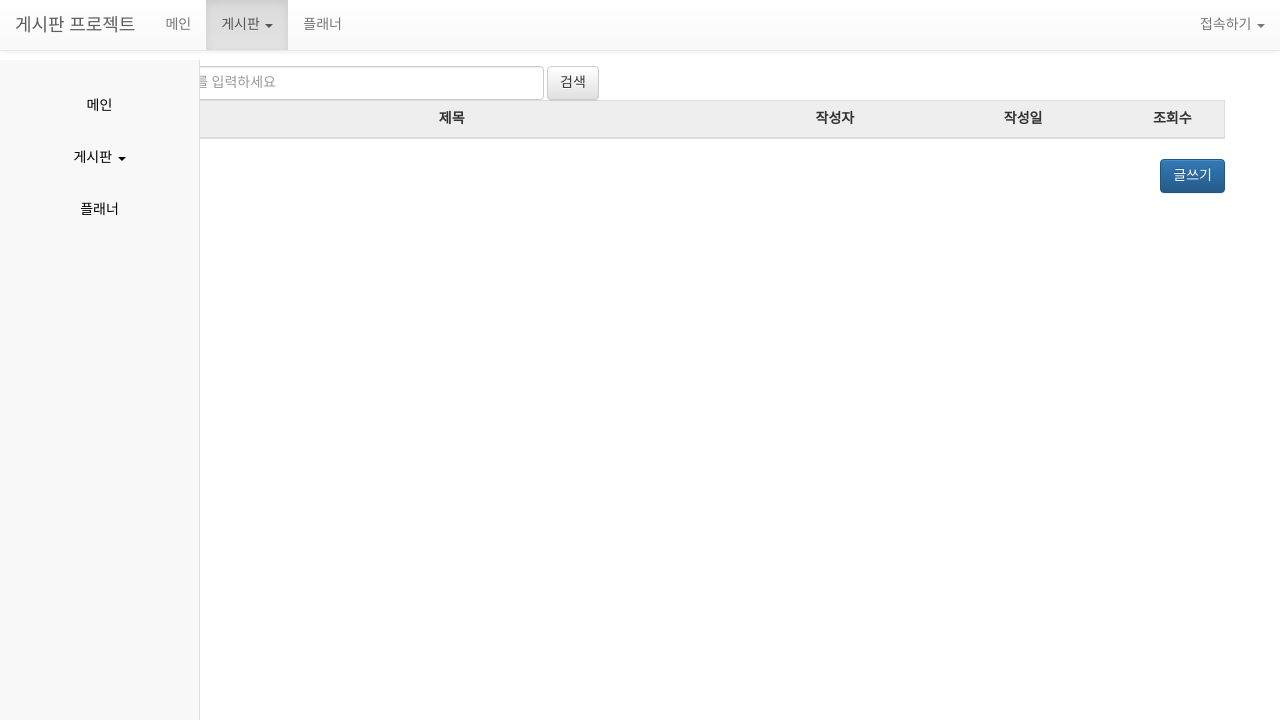
Repository: Seok7975/Project_PlannerSharingBoard
Page: http://localhost/ToDoList공유_게시판_ver3/bbs.jsp?bbsCategory=all
The author's editor kept a copy of each file at every save. The page is drawn from the files as they stood at one save, then again after the next save.
The browser window is 1280 px wide. The pictures show the whole page.
Some web fonts or font styles are not loaded; a fallback is used. Some web libraries are served in a nearby version. The page is served by Tomcat 9. Other server files are loaded and not shown. Queries for data that is not in the repository find no rows.

Above is the page before, as saved 2024-07-04 12:38:10.

### List_Projects_ver3/ToDoList공유 게시판_ver3/src/main/webapp/bbs.jsp
<!--  게시판 -->

<%-- <%@ page language="java" contentType="text/html; charset=UTF-8"
    pageEncoding="UTF-8"%>
<%@ page import="java.io.PrintWriter" %>
<%@ page import="bbs.BbsDAO" %>
<%@ page import="bbs.Bbs" %>
<%@ page import="java.util.ArrayList" %>
<!DOCTYPE html>
<html>
<head>
<meta http-equiv="Content-Type" content="text/html; charset=UTF-8">
<meta name="viewport" content="width=device-width, initial-scale=1">
<!-- Latest compiled and minified CSS -->
<link rel="stylesheet" href="https://cdn.jsdelivr.net/npm/bootstrap@3.3.7/dist/css/bootstrap.min.css" integrity="sha384-BVYiiSIFeK1dGmJRAkycuHAHRg32OmUcww7on3RYdg4Va+PmSTsz/K68vbdEjh4u" crossorigin="anonymous">
<!-- Optional theme -->
<link rel="stylesheet" href="https://cdn.jsdelivr.net/npm/bootstrap@3.3.7/dist/css/bootstrap-theme.min.css" integrity="sha384-rHyoN1iRsVXV4nD0JutlnGaslCJuC7uwjduW9SVrLvRYooPp2bWYgmgJQIXwl/Sp" crossorigin="anonymous">
<!-- jQuery (necessary for Bootstrap's JavaScript plugins) -->
<script src="https://code.jquery.com/jquery-3.1.1.min.js"></script>
<!-- Latest compiled and minified JavaScript -->
<script src="https://cdn.jsdelivr.net/npm/bootstrap@3.3.7/dist/js/bootstrap.min.js" integrity="sha384-Tc5IQib027qvyjSMfHjOMaLkfuWVxZxUPnCJA7l2mCWNIpG9mGCD8wGNIcPD7Txa" crossorigin="anonymous"></script>
<link rel="stylesheet" href="css/jumbotronCustom.css">
<title>JSP 게시판 웹 사이트</title>
<style type="text/css">
	a, a:hover {
		color : #000000;
		text-decoration: none;
	}
</style>
</head>
<body>
<%
	String userID = null;
	if (session.getAttribute("userID") != null) {
		userID = (String) session.getAttribute("userID");
	}
	int pageNumber = 1;
	if (request.getParameter("pageNumber") != null) {
		pageNumber = Integer.parseInt(request.getParameter("pageNumber"));
	}
%>
	<nav class="navbar navbar-default">
		<div class="container-fluid">
			<div class="navbar-header">
				<button type="button" class="navbar-toggle collapsed" data-toggle="collapse" data-target="#bs-example-navbar-collapse-1" aria-expanded="false">
					<span class="sr-only">Toggle navigation</span>
					<span class="icon-bar"></span>
					<span class="icon-bar"></span>
					<span class="icon-bar"></span>
				</button>
				<a class="navbar-brand" href="main.jsp">게시판 프로젝트</a>
			</div>
			<div class="collapse navbar-collapse" id="bs-example-navbar-collapse-1">
				<ul class="nav navbar-nav">
					<li><a href="main.jsp">메인</a></li>
					<li class="active"><a href="bbs.jsp">게시판</a></li>
					<li><a href="planner/planner.jsp">플래너</a></li>
				</ul>
				<%
					if(userID == null) {
				%>
					<ul class="nav navbar-nav navbar-right">
						<li class="dropdown">
							<a href="#" class="dropdown-toggle" data-toggle="dropdown" role="button" aria-haspopup="true" aria-expanded="false">접속하기 <span class="caret"></span></a>
							<ul class="dropdown-menu">
								<li><a href="joinAndLogin/login.jsp">로그인</a></li>
								<li><a href="joinAndLogin/join.jsp">회원가입</a></li>
							</ul>
						</li>
					</ul>
				<%
					} else {
				%>
						<ul class="nav navbar-nav navbar-right">
						<li class="dropdown">
							<a href="#" class="dropdown-toggle" data-toggle="dropdown" role="button" aria-haspopup="true" aria-expanded="false">회원관리<span class="caret"></span></a>
							<ul class="dropdown-menu">
								<li><a href="logoutAction.jsp">로그아웃</a></li>
							</ul>
						</li>
					</ul>
				<%
					}
				%>
			</div>
		</div>
	</nav>

	<div class="container">
		<div class="row">
			<table class="table table-striped" style="text-align: center; border: 1px solid #dddddd">
				<thead>
					<tr>
						<th style="background-color: #eeeeee; text-align: center;">번호</th>
						<th style="background-color: #eeeeee; text-align: center;">제목</th>
						<th style="background-color: #eeeeee; text-align: center;">작성자</th>
						<th style="background-color: #eeeeee; text-align: center;">작성일</th>
						<th style="background-color: #eeeeee; text-align: center;">조회수</th>
					</tr>
				</thead>
				<tbody> <!-- 예시 -->
					<tr>
					<%
						BbsDAO bbsDAO = new BbsDAO();
						ArrayList<Bbs> list = bbsDAO.getList(pageNumber);
						for(int i = 0; i < list.size(); i++) {
					%>
						<td><%= list.get(i).getBbsID() %></td>
						<td><a href="view.jsp?bbsID=<%= list.get(i).getBbsID() %>"><%= list.get(i).getBbsTitle() %></a></td>
						<td><%= list.get(i).getUserID() %></td>
						<td><%= list.get(i).getBbsDate().substring(0, 11) + list.get(i).getBbsDate().substring(11,13) + "시" + list.get(i).getBbsDate().substring(14, 16) + "분" %></td>
						<td><%= list.get(i).getViewCount() %></td>
					<tr>
					<%
						}
					%>
				</tbody>
			</table>
			<%
				if(pageNumber != 1) {
			%>
				<a href="bbs.jsp?pageNumber=<%=pageNumber - 1%>" class="btn btn-success btn-arraw-left">이전</a>
			<%
				}
				if(bbsDAO.nextPage(pageNumber + 1)) {
			%>
					<a href="bbs.jsp?pageNumber=<%=pageNumber + 1%>" class="btn btn-success btn-arraw-right">다음</a>
			<%
				}
			%>
			<a href="write.jsp" class="btn btn-primary pull-right">글쓰기</a>
		</div>
	</div>
</body>
</html> --%>



<!--  게시판 -->

<!--  게시판 -->

<%@ page language="java" contentType="text/html; charset=UTF-8"
    pageEncoding="UTF-8"%>
<%@ page import="java.io.PrintWriter" %>
<%@ page import="bbs.BbsDAO" %>
<%@ page import="bbs.Bbs" %>
<%@ page import="java.util.ArrayList" %>
<!DOCTYPE html>
<html>
<head>
<meta http-equiv="Content-Type" content="text/html; charset=UTF-8">
<meta name="viewport" content="width=device-width, initial-scale=1">
<!-- Latest compiled and minified CSS -->
<link rel="stylesheet" href="https://cdn.jsdelivr.net/npm/bootstrap@3.3.7/dist/css/bootstrap.min.css" integrity="sha384-BVYiiSIFeK1dGmJRAkycuHAHRg32OmUcww7on3RYdg4Va+PmSTsz/K68vbdEjh4u" crossorigin="anonymous">
<!-- Optional theme -->
<link rel="stylesheet" href="https://cdn.jsdelivr.net/npm/bootstrap@3.3.7/dist/css/bootstrap-theme.min.css" integrity="sha384-rHyoN1iRsVXV4nD0JutlnGaslCJuC7uwjduW9SVrLvRYooPp2bWYgmgJQIXwl/Sp" crossorigin="anonymous">
<link rel="stylesheet" href="css/bbsStyle.css"> <!-- 외부 CSS 파일 참조 -->
<!-- jQuery (necessary for Bootstrap's JavaScript plugins) -->
<script src="https://code.jquery.com/jquery-3.1.1.min.js"></script>
<!-- Latest compiled and minified JavaScript -->
<script src="https://cdn.jsdelivr.net/npm/bootstrap@3.3.7/dist/js/bootstrap.min.js" integrity="sha384-Tc5IQib027qvyjSMfHjOMaLkfuWVxZxUPnCJA7l2mCWNIpG9mGCD8wGNIcPD7Txa" crossorigin="anonymous"></script>
<link rel="stylesheet" href="css/jumbotronCustom.css">
<title>JSP 게시판 웹 사이트</title>
</head>
<body>
<%
    String userID = null;
    if (session.getAttribute("userID") != null) {
        userID = (String) session.getAttribute("userID");
    }
    int pageNumber = 1;
    if (request.getParameter("pageNumber") != null) {
        pageNumber = Integer.parseInt(request.getParameter("pageNumber"));
    }
    String searchType = request.getParameter("searchType");
    String searchKeyword = request.getParameter("searchKeyword");
    String bbsCategory = request.getParameter("bbsCategory");

    // bbsCategory가 없으면 all로 설정
    if (bbsCategory == null || bbsCategory.equals("")) {
        bbsCategory = "all";
    }

    String categoryDisplayName = "";
    switch(bbsCategory) {
        case "all":
            categoryDisplayName = "전체글보기";
            break;
        case "free":
            categoryDisplayName = "자유게시판";
            break;
        case "study":
            categoryDisplayName = "공부게시판";
            break;
        case "exercise":
            categoryDisplayName = "운동게시판";
            break;
        default:
            categoryDisplayName = "기타";
            break;
    }
%>
    <div class="sidebar">
        <a href="main.jsp" style="text-align: center;" >메인</a>
        <div class="dropdown">
            <a href="bbs.jsp?bbsCategory=all" style="text-align: center;" >게시판 <span class="caret"></span></a>
            <ul class="dropdown-menu">
                <li><a href="bbs.jsp?bbsCategory=all" style="text-align: center;">전체글보기</a></li>
                <li><a href="bbs.jsp?bbsCategory=free" style="text-align: center;">자유게시판</a></li>
                <li><a href="bbs.jsp?bbsCategory=study" style="text-align: center;">공부게시판</a></li>
                <li><a href="bbs.jsp?bbsCategory=exercise" style="text-align: center;">운동게시판</a></li>
            </ul>
        </div>
        <a href="planner/planner.jsp" style="text-align: center;">플래너</a>
    </div>
    <div class="main-content">
        <nav class="navbar navbar-default navbar-fixed-top">
            <div class="container-fluid">
                <div class="navbar-header">
                    <button type="button" class="navbar-toggle collapsed" data-toggle="collapse" data-target="#bs-example-navbar-collapse-1" aria-expanded="false">
                        <span class="sr-only">Toggle navigation</span>
                        <span class="icon-bar"></span>
                        <span class="icon-bar"></span>
                        <span class="icon-bar"></span>
                    </button>
                    <a class="navbar-brand" href="main.jsp">게시판 프로젝트</a>
                </div>
                <div class="collapse navbar-collapse" id="bs-example-navbar-collapse-1">
                    <ul class="nav navbar-nav">
                        <li><a href="main.jsp">메인</a></li>
                        <li class="dropdown active">
                            <a href="bbs.jsp?bbsCategory=all" role="button" aria-haspopup="true" aria-expanded="false">게시판 <span class="caret"></span></a>
                            <ul class="dropdown-menu">
                                <li><a href="bbs.jsp?bbsCategory=all">전체글보기</a></li>
                                <li><a href="bbs.jsp?bbsCategory=free">자유게시판</a></li>
                                <li><a href="bbs.jsp?bbsCategory=study">공부게시판</a></li>
                                <li><a href="bbs.jsp?bbsCategory=exercise">운동게시판</a></li>
                            </ul>
                        </li>
                        <li><a href="planner/planner.jsp">플래너</a></li>
                    </ul>
                    <% if(userID == null) { %>
                        <ul class="nav navbar-nav navbar-right">
                            <li class="dropdown">
                                <a href="#" class="dropdown-toggle" data-toggle="dropdown" role="button" aria-haspopup="true" aria-expanded="false">접속하기 <span class="caret"></span></a>
                                <ul class="dropdown-menu">
                                    <li><a href="id/login.jsp">로그인</a></li>
                                    <li><a href="id/join.jsp">회원가입</a></li>
                                </ul>
                            </li>
                        </ul>
                    <% } else { %>
                        <ul class="nav navbar-nav navbar-right">
                            <li class="dropdown">
                                <a href="#" class="dropdown-toggle" data-toggle="dropdown" role="button" aria-haspopup="true" aria-expanded="false">회원관리 <span class="caret"></span></a>
                                <ul class="dropdown-menu">
                                    <li><a href="id/profile.jsp">My Profile</a></li>
                                    <li><a href="id/logoutAction.jsp">로그아웃</a></li>
                                </ul>
                            </li>
                        </ul>
                    <% } %>
                </div>
            </div>
        </nav>

        <div class="container">
            <div class="row">
                <!-- 카테고리 제목을 표시하는 영역 -->
                <div class="col-md-12 text-center">
                    <h2 class="category-title"><%= categoryDisplayName %></h2>
                </div>
                <form class="form-inline" method="get" action="bbs.jsp">
                    <div class="form-group">
                        <select class="form-control" name="searchType">
                            <option value="title" <%= "title".equals(searchType) ? "selected" : "" %>>제목</option>
                            <option value="content" <%= "content".equals(searchType) ? "selected" : "" %>>내용</option>
                            <option value="writer" <%= "writer".equals(searchType) ? "selected" : "" %>>작성자</option>
                        </select>
                    </div>
                    <div class="form-group">
                        <input type="text" class="form-control" name="searchKeyword" placeholder="검색어를 입력하세요" value="<%= (searchKeyword != null && !searchKeyword.equals("")) ? searchKeyword : "" %>" style="width: 400px;">
                    </div>
                    <input type="hidden" name="bbsCategory" value="<%= bbsCategory %>">
                    <button type="submit" class="btn btn-default">검색</button>
                </form>
                <table class="table table-striped" style="text-align: center; border: 1px solid #dddddd">
                    <thead>
                        <tr>
                            <th class="number-col" style="background-color: #eeeeee; text-align: center;">번호</th>
                            <th class="title-col" style="background-color: #eeeeee; text-align: center;">제목</th>
                            <th class="writer-col" style="background-color: #eeeeee; text-align: center;">작성자</th>
                            <th class="date-col"style="background-color: #eeeeee; text-align: center;">작성일</th>
                            <th class="viewCount-col"style="background-color: #eeeeee; text-align: center;">조회수</th>
                        </tr>
                    </thead>
                    <tbody>
                        <% BbsDAO bbsDAO = new BbsDAO();
                           ArrayList<Bbs> list;
                           int totalPage;
                           if (searchKeyword != null && !searchKeyword.equals("")) { // 검색어가 있을 때
                               list = bbsDAO.searchList(pageNumber, searchType, searchKeyword, bbsCategory);
                               totalPage = (bbsDAO.getSearchPostCount(searchType, searchKeyword, bbsCategory) + 9) / 10; // 검색 결과의 총 페이지 수 계산
                           } else { // 검색어가 없을 때
                               if ("all".equals(bbsCategory)) { // 전체게시판 선택 시
                                   list = bbsDAO.getAllList(pageNumber);
                                   totalPage = bbsDAO.getTotalPageCount(); // 전체 게시물의 총 페이지 수 계산
                               } else {
                                   list = bbsDAO.getListByCategory(bbsCategory, pageNumber);
                                   totalPage = bbsDAO.getTotalPageCountByCategory(bbsCategory); // 카테고리별 게시물의 총 페이지 수 계산
                               }
                           }
                           for(int i = 0; i < list.size(); i++) {
                        %>
                            <tr>
                                <td><%= list.get(i).getBbsID() %></td>
                                <td><a href="view.jsp?bbsID=<%= list.get(i).getBbsID() %>&bbsCategory=<%= bbsCategory %>"><%= list.get(i).getBbsTitle() %></a></td>
                                <td><%= list.get(i).getUserID() %></td>
                                <td><%= list.get(i).getBbsDate().substring(0, 11) + list.get(i).getBbsDate().substring(11,13) + "시" + list.get(i).getBbsDate().substring(14, 16) + "분" %></td>
                                <td><%= list.get(i).getViewCount() %></td>
                            </tr>
                        <% } %>
                    </tbody>
                </table>
                <div style="text-align: center;">
                    <%
                        int pageBlock = 5;
                        int startPage = ((pageNumber - 1) / pageBlock) * pageBlock + 1;
                        int endPage = startPage + pageBlock - 1;

                        if(pageNumber != 1) {
                    %>
                        <a href="bbs.jsp?pageNumber=<%= pageNumber - 1 %>&searchType=<%= searchType %>&searchKeyword=<%= (searchKeyword != null && !searchKeyword.equals("")) ? searchKeyword : "" %>&bbsCategory=<%= bbsCategory %>" class="btn btn-default pull-left">이전</a>
                    <% }
                        for (int i = startPage; i <= endPage && i <= totalPage; i++) {
                    %>
                        <a href="bbs.jsp?pageNumber=<%= i %>&searchType=<%= searchType %>&searchKeyword=<%= (searchKeyword != null && !searchKeyword.equals("")) ? searchKeyword : "" %>&bbsCategory=<%= bbsCategory %>" class="btn <%= (i == pageNumber) ? "btn-primary pull-left" : "btn-default pull-left" %>"><%= i %></a>
                    <% }
                        if(pageNumber != totalPage) {
                    %>
                        <a href="bbs.jsp?pageNumber=<%= pageNumber + 1 %>&searchType=<%= searchType %>&searchKeyword=<%= (searchKeyword != null && !searchKeyword.equals("")) ? searchKeyword : "" %>&bbsCategory=<%= bbsCategory %>" class="btn btn-default pull-left">다음</a>
                    <% } %>
                    <a href="write.jsp?bbsCategory=<%= bbsCategory %>" class="btn btn-primary pull-right">글쓰기</a>
                </div>
            </div>
        </div>
    </div>
</body>
</html>

### List_Projects_ver3/ToDoList공유 게시판_ver3/src/main/webapp/css/bbsStyle.css
@charset "UTF-8";
/* body {
     background-color: #e0f7fa;   생동감 있는 옅은 파란색 배경
} */


    /* 네비게이션 바를 상단에 고정 */
    .navbar-fixed-top {
        position: fixed;
        top: 0;
        width: 100%;
        z-index: 1000;
    }

    /* 왼쪽 사이드바 스타일 */
    .sidebar {
        position: fixed;
        top: 60px; /* 네비게이션 바 높이만큼 아래로 내림 */
        left: 0;
        width: 200px;
        height: calc(100% - 60px); /* 네비게이션 바 높이만큼 줄임 */
        background-color: #f8f8f8;
        padding-top: 20px;
        border-right: 1px solid #ddd;
    }

    .sidebar a {
        display: block;
        color: black;
        padding: 16px;
        text-decoration: none;
    }

    .sidebar a:hover {
        background-color: #ddd;
        color: black;
    }

    .sidebar .dropdown-menu {
        display: none;
        position: static;
        float: none;
        background-color: #f8f8f8;
        border: none;
        box-shadow: none;
    }

    .sidebar .dropdown:hover .dropdown-menu {
        display: block;
        animation: slideDown 0.3s ease-in-out; /* 슬라이딩 애니메이션 추가 */
    }

    @keyframes slideDown {
        0% {
            opacity: 0;
            transform: translateY(-10px);
        }
        100% {
            opacity: 1;
            transform: translateY(0);
        }
    }


/* 드롭다운 메뉴가 커서를 가져다 대기만 해도 열리도록 설정 */
.navbar-nav > li.dropdown:hover > .dropdown-menu {
    display: block;
    animation: slideDown 0.3s ease-in-out; /* 슬라이딩 애니메이션 추가 */
}

.category-title {
    font-size: 24px; /* 텍스트 크기 */
    font-weight: bold; /* 텍스트 굵기 */
    margin-bottom: 20px; /* 아래쪽 여백 */
    text-align: center; /* 가운데 정렬 */
    color: #333; /* 텍스트 색상 */
}


a, a:hover {
    color : #000000;
    text-decoration: none;
}

.table {
    width: 100%;
    table-layout: fixed;
    border-collapse: collapse;
}

.table th.number-col {
    width: 8%;
}
.table th.title-col {
    width: 45%;
}
.table th.writer-col {
    width: 14%;
}

.table th.date-col {
	width: 15%;
}

.table th.viewCount-col {
	width: 8%;
}

.table th, .table td {
	/* border: 1px solid #ddd; */
	white-space: nowrap;
	overflow: hidden;
	text-overflow: ellipsis;
}

.table td {
    text-align: center;
    /* border: 1px solid #dddddd; */
       background-color: #fefefe;
}

### List_Projects_ver3/ToDoList공유 게시판_ver3/src/main/webapp/css/jumbotronCustom.css

@import url(http://fonts.googleapis.com/earlyaccess/nanumgothic.css);
@import url(http://fonts.googleapis.com/earlyaccess/hanna.css);
* {
	font-family : 'Nanum Gothic';
}

h1 {
	font-family : 'Hanna';
}

Loaded but not shown: List_Projects_ver3/ToDoList공유 게시판_ver3/src/main/java/bbs/BbsDAO.java (360 lines, source omitted)

After the next save:
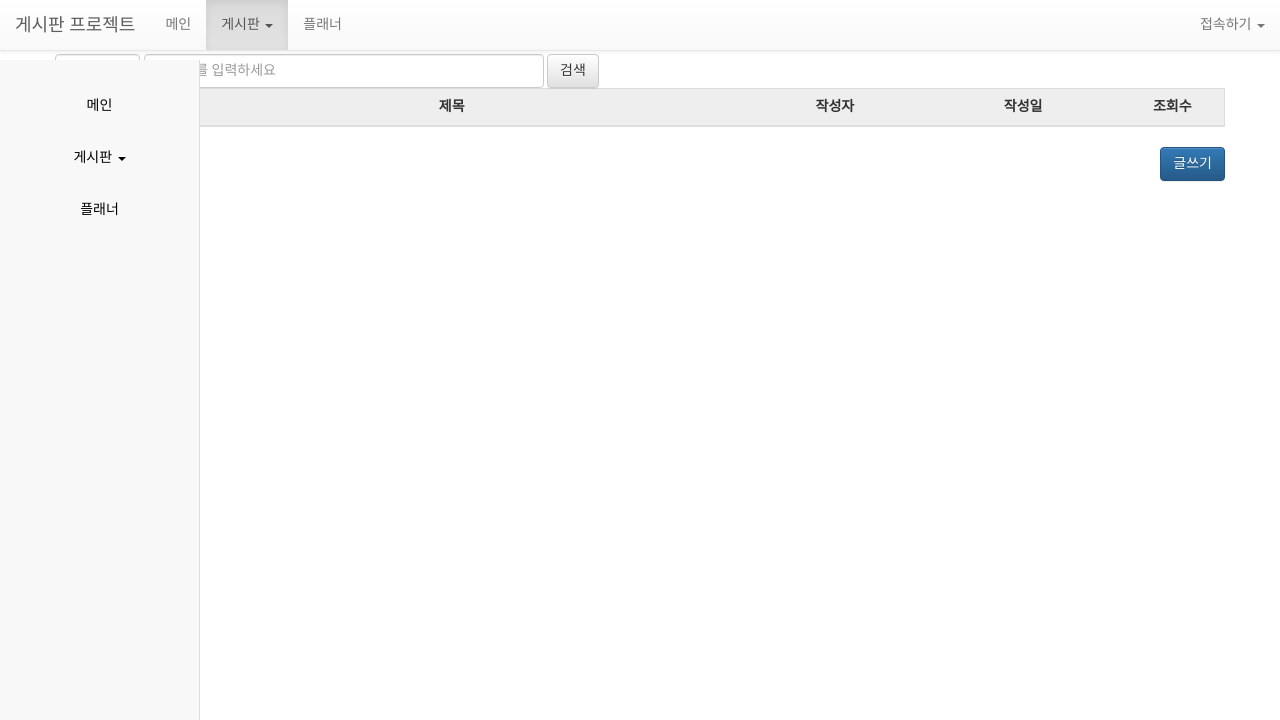
Saved 70 s later.
--- a/List_Projects_ver3/ToDoList공유 게시판_ver3/src/main/webapp/bbs.jsp
+++ b/List_Projects_ver3/ToDoList공유 게시판_ver3/src/main/webapp/bbs.jsp
@@ -267,9 +267,8 @@
 
         <div class="container">
             <div class="row">
-                <!-- 카테고리 제목을 표시하는 영역 -->
-                <div class="col-md-12 text-center">
-                    <h2 class="category-title"><%= categoryDisplayName %></h2>
+                <div class="category-title">
+                    <%= categoryDisplayName %>
                 </div>
                 <form class="form-inline" method="get" action="bbs.jsp">
                     <div class="form-group">
